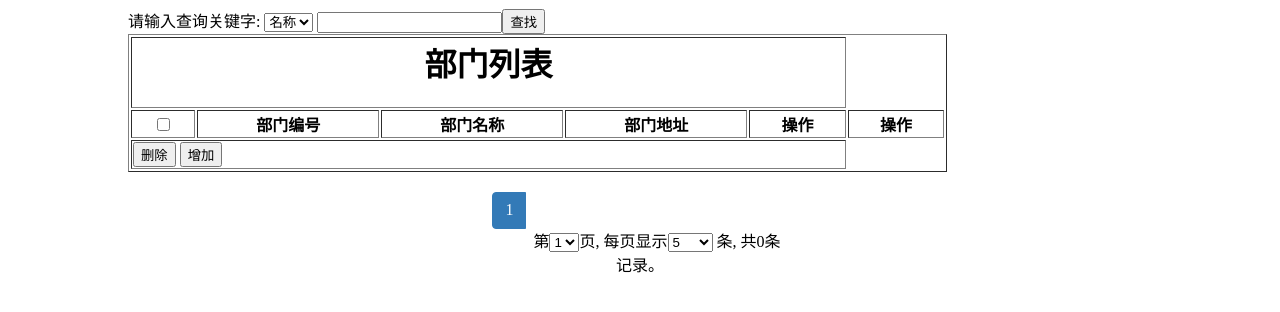
Repository: victorlks/java_with_anything
Page: http://localhost/DepartmentProject/pages/back/admin/department/department_split_list_details.jsp
These files come from the project's save history. The page is drawn as it stood at one moment and after the next save; the edit follows.
The browser window is 1280 px wide. The pictures show the whole page.
The page is served by Tomcat 9. Other server files are loaded and not shown. Queries for data that is not in the repository find no rows.

Above is the page before, as saved 2020-06-17 08:46:36.
Not found: project/java/DepartmentProject/DepartmentProject/style.css

### project/java/DepartmentProject/WebRoot/pages/back/admin/department/department_split_list_details.jsp
<%@ page language="java" import="java.util.*" pageEncoding="UTF-8"%>
<%@ page import="org.lks.factory.*" %>
<%@ page import="org.lks.vo.*" %>
<%
	request.setCharacterEncoding("UTF-8");
%>
<%
String path = request.getContextPath();
String basePath = request.getScheme()+"://"+request.getServerName()+":"+request.getServerPort()+path+"/";
String updateUrl = basePath + "pages/back/admin/department/" + "department_update.jsp";
String deleteUrl = basePath + "pages/back/admin/department/" + "department_delete_do.jsp";
String insertUrl = basePath + "pages/back/admin/department/" + "department_insert.jsp";
String addEmployeeUrl = basePath + "pages/back/admin/employee/" + "employee_insert.jsp";
String searchColumns = "编号:did|名称:dname|地点:dlocation";
String location = basePath + "pages/back/admin/department/" + "department_split_list.jsp";
%>

<%
	int currentPage = 1;
	int lineSize = 5;
	String column = "dname";
	String keyWord = "";
%>
<%//接收客户端数据
    try{
        currentPage = Integer.parseInt(request.getParameter("currentPage"));
    }catch(Exception e){}
    try{
        lineSize = Integer.parseInt(request.getParameter("lineSize"));
    }catch(Exception e){}
    if(request.getParameter("keyWord") != null){
        keyWord = request.getParameter("keyWord");
    }
    if(request.getParameter("column") != null){
        column = request.getParameter("column");
    }
%>
<%//接受完数据后的数据判断
    if(currentPage < 1){
        currentPage = 1;
    }
    if(lineSize < 1){
        lineSize = 1;
    }
    if(lineSize > 100){
        lineSize = 100;
    }
%>
<%
	List<Department> all = (List<Department>)ServiceFactory.getIDepartmentServiceInstance().list(currentPage, lineSize, column, keyWord).get("all");
	Long allRecorders = (Long)ServiceFactory.getIDepartmentServiceInstance().list(currentPage, lineSize, column, keyWord).get("allRecorders");
 %>

<html>
  <head>
    <base href="<%=basePath%>">

    <title>部门管理</title>
    <link type="text/css" rel="stylesheet" href="css/table.css">
    <link type="text/css" rel="stylesheet" href="css/main.css">
    <link type="text/css" rel="stylesheet" href="css/pageBar.css">
    <script type="text/javascript" src="js/main.js"></script>
  </head>

  <body>
  	<div id="searchBar">
  		<jsp:include page="/pages/split_page_plugin_search.jsp">
  			<jsp:param name="searchColumns" value="<%=searchColumns%>"/>
	        <jsp:param name="column" value="<%=column%>"/>
	        <jsp:param name="keyWord" value="<%=keyWord%>"/>
	        <jsp:param name="location" value="<%=location%>"/>
  		</jsp:include>
  	</div>
    <div id="showData">
    	<table border="1" style="width:80%;">
	    	<tr>
	    		<td colspan="5" style="text-align:center"><h1>部门列表</h1></td>
	    	</tr>
	    	<tr>
	    		<th><input type="checkbox" name="selectAll" id="selectAll" onclick="selectAll(this)"/></th>
	    		<th>部门编号</th>
	    		<th>部门名称</th>
	    		<th>部门地址</th>
	    		<th>操作</th>
	    		<th>操作</th>
	    	</tr>
<%
		for(int i = 0; i < all.size(); i++){
%>
			<tr style="text-align:center">
				<td><input type="checkbox" name="select" id="select" value="<%=all.get(i).getDid()%>"/></td>
				<td><%=all.get(i).getDid()%></td>
				<td><%=all.get(i).getDname()%></td>
				<td><%=all.get(i).getDlocation()%></td>
				<td><a href="<%=updateUrl %>?did=<%=all.get(i).getDid()%>">修改</a></td>
				<td><a href="<%=addEmployeeUrl %>?departmentid=<%=all.get(i).getDid()%>">增加雇员</a></td>
			</tr>
<%
		}
%>
		<tr>
			<td colspan="5">
				<button type="button" onclick="deleteById('<%=deleteUrl%>')">删除</button>
				<button type="button" onclick="window.location='<%=insertUrl%>'">增加</button>
			</td>
		</tr>
	    </table>
    </div>
    <div id="pageBar" style="text-align: center;">
  		<jsp:include page="/pages/split_page_plugin_bar_exp.jsp">
  			<jsp:param name="currentPage" value="<%=currentPage%>"/>
	        <jsp:param name="lineSize" value="<%=lineSize%>"/>
	        <jsp:param name="allRecorders" value="<%=allRecorders%>"/>
	        <jsp:param name="location" value="<%=location%>"/>
  		</jsp:include>
  	</div>
  </body>
</html>

### project/java/DepartmentProject/WebRoot/pages/split_page_plugin_search.jsp
<%@ page pageEncoding="UTF-8" %>

<%
    request.setCharacterEncoding("UTF-8");
%>

<%
    String searchColumns = null;
    String column = "uname";
    String keyWord = "";
    String location = "";
%>

<%
    if(request.getParameter("searchColumns") != null){
        searchColumns = request.getParameter("searchColumns");
    }
    if(request.getParameter("column") != null){
        column = request.getParameter("column");
    }
    if(request.getParameter("keyWord") != null){
        keyWord = request.getParameter("keyWord");
    }
    if(request.getParameter("location") != null){
        location = request.getParameter("location");
    }
%>
请输入查询关键字:
<%
if(searchColumns != null){
%>
    <select id="searchColumnSelect">
<%
        String[] searchColumnsArray = searchColumns.split("\\|");
        for(int i = 0; i < searchColumnsArray.length; i++){
            String searchColumn[] = searchColumnsArray[i].split(":");
%>
            <option value="<%=searchColumn[1]%>" <%=(column.equals(searchColumn[1]) ? "selected" : "")%>><%=searchColumn[0]%></option>
<%
        }
%>
    </select>
<%
}
%>
<input type="text" name="keyWord" id="keyWord" value="<%=keyWord%>"/><button type="button" id="searchBtn" name="searchBtn" onclick="splitPage(1)">查找</button>

### project/java/DepartmentProject/src/org/lks/factory/ServiceFactory.java
package org.lks.factory;

import org.lks.service.IDepartmentService;
import org.lks.service.IEmployeeService;
import org.lks.service.impl.DepartmentServiceImpl;
import org.lks.service.impl.EmployeeServiceImpl;

public class ServiceFactory {

	private ServiceFactory(){}

	public static IDepartmentService getIDepartmentServiceInstance(){
		return new DepartmentServiceImpl();
	}

	public static IEmployeeService getIEmployeeServiceInstance(){
		return new EmployeeServiceImpl();
	}
}

### project/java/DepartmentProject/src/org/lks/service/IDepartmentService.java
package org.lks.service;

import java.util.List;
import java.util.Map;
import java.util.Set;

import org.lks.vo.Department;

/**
 * 实现Department表的业务层的执行标准，此类一定要负责数据库的打开与关闭操作<br>
 * 此类可以通过DAOFactory类取得IDepartmentDAO接口对象
 * @author 海燕大笨蛋
 *
 */
public interface IDepartmentService {

	/**
	 * 实现部门数据的增加操作，本次操作要调用IDepartmentDAO接口的如下方法：<br>
	 * <li>需要调用IDepartmentDAO.findById()方法，判断要增加数据的id是否已经存在；
	 * <li>如果现在要增加的数据id不存在则调用IDepartmentDAO.doCreate()方法，返回操作结果。
	 * @param vo 包含了要增加数据的VO对象
	 * @return 如果增加数据的ID重复或保存失败返回false，否则返回true
	 * @throws Exception SQL执行异常
	 */
	public boolean insert(Department vo) throws Exception;
	/**
	 * 实现部门数据的修改操作，本次要调用IDepartmentDAO.doUpdate()方法，本次修改属于全部内容的修改；
	 * @param vo 包含了要修改数据的VO对象
	 * @return 修改成功返回true，否则返回false
	 * @throws Exception SQL执行异常
	 */
	public boolean update(Department vo) throws Exception;
	/**
	 * 执行部门数据的删除操作，可以删除多个部门信息，调用IDepartmentDAO.doRemoveBatch()方法
	 * @param ids 包含了全部要删除数据的集合，没有重复数据
	 * @return 删除成功返回true，否则返回false
	 * @throws Exception SQL执行异常
	 */
	public boolean delete(Set<Long> ids) throws Exception;
	/**
	 * 根据部门id查找部门的完整信息，调用IDepartmentDAO.findById()方法
	 * @param id 要查找的部门ID
	 * @return 如果找到了部门信息以VO对象返回，否则返回null
	 * @throws Exception SQL执行异常
	 */
	public Department updatePre(long id) throws Exception;
	/**
	 * 查询全部部门信息，调用IDepartmentDAO.findAll()方法
	 * @return 查询结果以List集合的形式返回，如果没有数据则集合的长度为0
	 * @throws Exception SQL执行异常
	 */
	public List<Department> list() throws Exception;

	/**
	 * 分页显示部门数据，调用IDepartmentDAO.findAllSplit()方法和IDepartmentDAO.getAllCount()方法
	 * @param currentPage 当前页码
	 * @param lineSize 每页显示数据数量
	 * @param column 查询列
	 * @param keyWord 查询列的关键字
	 * @return Map对象，其中key为“all”的值为该页部门数据信息，key为“allRecorders”的值为所有部门数据的数量
	 * @throws Exception SQL执行异常
	 */
	public Map<String, Object> list(int currentPage, int lineSize, String column, String keyWord) throws Exception;

	/**
	 * 列出所有部门的详细信息，调用的是IDepartmentDAO.findAllStatus()操作
	 * @return 所有的部门详细信息以及统计信息将以List集合返回
	 * @throws Exception
	 */
	public List<Department> listDetails() throws Exception;

	/**
	 * 查看一个部门的完整信息，调用的是IDepartmentDAO.findByIdDetails()方法
	 * @param id 部门编号
	 * @return 如果有部门信息则以VO对象的形式返回，否则返回null
	 * @throws Exception
	 */
	public Department show(Long id) throws Exception;
}

### project/java/DepartmentProject/src/org/lks/service/IEmployeeService.java
package org.lks.service;

import java.util.List;
import java.util.Map;
import java.util.Set;

import org.lks.vo.Employee;

/**
 * 实现Employee表的业务层的执行标准，此类一定要负责数据库的打开与关闭操作<br>
 * 此类可以通过DAOFactory类取得IEmployeeDAO接口对象
 * @author 海燕大笨蛋
 *
 */
public interface IEmployeeService {

	/**
	 * 实现雇员数据的增加操作，本次操作要调用IEmployeeDAO接口的如下方法：<br>
	 * <li>需要调用IEmployeeDAO.findById()方法，判断要增加数据的id是否已经存在；
	 * <li>如果现在要增加的数据id不存在则调用IEmployeeDAO.doCreate()方法，返回操作结果。
	 * @param vo 包含了要增加数据的VO对象
	 * @return 如果增加数据的ID重复或保存失败返回false，否则返回true
	 * @throws Exception SQL执行异常
	 */
	public boolean insert(Employee vo) throws Exception;
	/**
	 * 实现雇员数据的修改操作，本次要调用IEmployeeDAO.doUpdate()方法，本次修改属于全部内容的修改；
	 * @param vo 包含了要修改数据的VO对象
	 * @return 修改成功返回true，否则返回false
	 * @throws Exception SQL执行异常
	 */
	public boolean update(Employee vo) throws Exception;
	/**
	 * 执行雇员数据的删除操作，可以删除多个雇员信息，调用IEmployeeDAO.doRemoveBatch()方法
	 * @param ids 包含了全部要删除数据的集合，没有重复数据
	 * @return 删除成功返回true，否则返回false
	 * @throws Exception SQL执行异常
	 */
	public boolean delete(Set<Long> ids) throws Exception;
//	/**
//	 * 根据雇员id查找雇员的完整信息，调用IEmployeeDAO.findById()方法
//	 * @param id 要查找的雇员ID
//	 * @return 如果找到了雇员信息以VO对象返回，否则返回null
//	 * @throws Exception SQL执行异常
//	 */
//	public Employee updatePre(long id) throws Exception;
	/**
	 * 查询全部雇员信息，调用IEmployeeDAO.findAll()方法
	 * @return 查询结果以List集合的形式返回，如果没有数据则集合的长度为0
	 * @throws Exception SQL执行异常
	 */
	public List<Employee> list() throws Exception;

	/**
	 * 分页显示雇员数据，调用IEmployeeDAO.findAllSplit()方法和IEmployeeDAO.getAllCount()方法
	 * @param currentPage 当前页码
	 * @param lineSize 每页显示数据数量
	 * @param column 查询列
	 * @param keyWord 查询列的关键字
	 * @return Map对象，其中key为“all”的值为该页雇员数据信息，key为“allRecorders”的值为所有雇员数据的数量
	 * @throws Exception SQL执行异常
	 */
	public Map<String, Object> list(int currentPage, int lineSize, String column, String keyWord) throws Exception;

	/**
	 * 根据编号查看雇员信息
	 * @param id 雇员的编号
	 * @return 如果查询到数据以VO对象形式返回，否则返回null
	 * @throws Exception SQL执行异常
	 */
	public Employee show(long id) throws Exception;

	/**
	 * 表示在进行雇员增加前的准备操作，因为要增加雇员前需要查询出所有的雇员和所有的部门数据
	 * @return 返回两组信息，一个是全部的雇员信息，另外一个是全部的部门信息：<br>
	 * <li>key = allEmployees, value = IEmployeeDAO.findAll()查询出所有的雇员
	 * <li>key = allDepartments, value = IDepartmentDAO.findAll()查询出所有的部门
	 * @throws Exception SQL执行异常
	 */
	public Map<String,Object> insertPre() throws Exception;

	/**
	 * 表示 在进行雇员修改前的准备操作，因为要增加雇员前需要查询出所有的雇员和所有的部门数据
	 * @param id 雇员的编号
	 * @return 返回三种信息<br>
	 * <li>key = allEmployees, value = IEmployeeDAO.findAll()查询出所有的雇员
	 * <li>key = employee, value = IEmployeeDAO.findByIDDetails()查询雇员完整信息
	 * <li>key = allDepartments, value = IDepartmentDAO.findAll()查询出所有的部门
	 * @throws Exception SQL执行异常
	 */
	public Map<String,Object> updatePre(long id) throws Exception;

	/**
	 * 使用详细列表的方式列出雇员的完整信息，要执行如下操作：<br>
	 * <li>调用IEmployee.findAllSplitDetails()方法详细列出雇员信息；
	 * <li>调用IEmployee.getAllCount()方法列出详细的雇员人数，主要用于分页操作
	 * @param currentPage
	 * @param lineSize
	 * @param column
	 * @param keyWord
	 * @return 所有的内容以Map集合返回，返回的内容如下：<br>
	 * <li>key = allEmployees, value = IEmployeeDAO.findAllSplitDetails()，分页的详细信息
	 * <li>key = employeeCount, value = IEmployee.getAllCount()，取得全部记录数
	 * @throws Exception
	 */
	public Map<String,Object> listDetails(int currentPage, int lineSize, String column, String keyWord) throws Exception;
}

### project/java/DepartmentProject/src/org/lks/service/impl/DepartmentServiceImpl.java
package org.lks.service.impl;

import java.util.HashMap;
import java.util.List;
import java.util.Map;
import java.util.Set;

import org.lks.factory.DAOFactory;
import org.lks.service.IDepartmentService;
import org.lks.utils.DatabaseConnection;
import org.lks.vo.Department;

public class DepartmentServiceImpl implements IDepartmentService{
	private DatabaseConnection databaseConnection = new DatabaseConnection();

	@Override
	public boolean insert(Department vo) throws Exception {
		try{
			if(DAOFactory.getIDepartmentDAOInstance(this.databaseConnection.getConnection()).findById(vo.getDid()) == null){
				return DAOFactory.getIDepartmentDAOInstance(this.databaseConnection.getConnection()).doCreate(vo);
			}
			return false;
		}catch(Exception e){
			throw e;
		}finally{
			this.databaseConnection.close();
		}
	}

	@Override
	public boolean update(Department vo) throws Exception {
		try{
			return DAOFactory.getIDepartmentDAOInstance(this.databaseConnection.getConnection()).doUpdate(vo);
		}catch(Exception e){
			throw e;
		}finally{
			this.databaseConnection.close();
		}
	}

	@Override
	public boolean delete(Set<Long> ids) throws Exception {
		try{
			this.databaseConnection.getConnection().setAutoCommit(false);
			DAOFactory.getIEmployeeDAOInstance(this.databaseConnection.getConnection()).doRemoveBatchByDepartmentId(ids);
			DAOFactory.getIDepartmentDAOInstance(this.databaseConnection.getConnection()).doRemoveBatch(ids);
			this.databaseConnection.getConnection().commit();
			return true;
		}catch(Exception e){
			this.databaseConnection.getConnection().rollback();
			throw e;
		}finally{
			this.databaseConnection.close();
		}
	}

	@Override
	public Department updatePre(long id) throws Exception {
		try{
			return DAOFactory.getIDepartmentDAOInstance(this.databaseConnection.getConnection()).findById(id);
		}catch(Exception e){
			throw e;
		}finally{
			this.databaseConnection.close();
		}
	}

	@Override
	public List<Department> list() throws Exception {
		try{
			return DAOFactory.getIDepartmentDAOInstance(this.databaseConnection.getConnection()).findAll();
		}catch(Exception e){
			throw e;
		}finally{
			this.databaseConnection.close();
		}
	}

	@Override
	public Map<String, Object> list(int currentPage, int lineSize, String column, String keyWord) throws Exception {
		try{
			Map<String, Object> map = new HashMap<String, Object>();
			map.put("all", DAOFactory.getIDepartmentDAOInstance(this.databaseConnection.getConnection()).findAllSplit(currentPage, lineSize, column, keyWord));
			map.put("allRecorders", DAOFactory.getIDepartmentDAOInstance(this.databaseConnection.getConnection()).getAllCount(column, keyWord));
			return map;
		}catch(Exception e){
			throw e;
		}finally{
			this.databaseConnection.close();
		}
	}

	@Override
	public List<Department> listDetails() throws Exception {
		try{
			return DAOFactory.getIDepartmentDAOInstance(this.databaseConnection.getConnection()).findAllStatus();
		}catch(Exception e){
			throw e;
		}finally{
			this.databaseConnection.close();
		}
	}

	@Override
	public Department show(Long id) throws Exception {
		try{
			return DAOFactory.getIDepartmentDAOInstance(this.databaseConnection.getConnection()).findByIdDetails(id);
		}catch(Exception e){
			throw e;
		}finally{
			this.databaseConnection.close();
		}
	}

}

### project/java/DepartmentProject/src/org/lks/utils/DatabaseConnection.java
package org.lks.utils;

import java.sql.Connection;
import java.sql.DriverManager;
import java.sql.SQLException;

public class DatabaseConnection {

	private static final String DRIVERCLASS = "com.mysql.cj.jdbc.Driver";
	private static final String URL = "jdbc:mysql://127.0.0.1/test?serverTimezone=UTC";
	private static final String USERNAME = "root";
	private static final String PASSWORD = "19990821";

	private Connection conn = null;

	public DatabaseConnection(){
		try {
			Class.forName(DRIVERCLASS);
			this.conn = DriverManager.getConnection(URL, USERNAME, PASSWORD);
		} catch (Exception e) {
			e.printStackTrace();
		}
	}

	public Connection getConnection(){
		return this.conn;
	}

	public void close(){
		try {
			if(this.conn != null){
				this.conn.close();
			}
		} catch (SQLException e) {
			// TODO Auto-generated catch block
			e.printStackTrace();
		}
	}
}

### project/java/DepartmentProject/src/org/lks/factory/DAOFactory.java
package org.lks.factory;

import java.sql.Connection;

import org.lks.dao.IDepartmentDAO;
import org.lks.dao.IEmployeeDAO;
import org.lks.dao.impl.DepartmentDAOImpl;
import org.lks.dao.impl.EmployeeDAOImpl;

public class DAOFactory {

	private DAOFactory(){}

	public static IDepartmentDAO getIDepartmentDAOInstance(Connection conn){
		return new DepartmentDAOImpl(conn);
	}

	public static IEmployeeDAO getIEmployeeDAOInstance(Connection conn){
		return new EmployeeDAOImpl(conn);
	}
}

### project/java/DepartmentProject/src/org/lks/dao/IBaseDAO.java
package org.lks.dao;

import java.util.List;
import java.util.Set;

/**
 * 定义公共的DAO操作接口标准，基本的功能包括：增加、修改全部、删除数据、根据编号查询查询全部、分页查询显示、数据统计
 * @author 海燕大笨蛋
 *
 * @param <K> 表示要操作的主键类型，由子接口实现
 * @param <V> 表示要操作的VO类型，由子接口实现
 */
public interface IBaseDAO<K,V> {
	/**
	 * 实现数据的增加操作
	 * @param vo 包含了要增加的数据的VO对象
	 * @return 数据保存成功返回true，否则返回false
	 * @throws Exception SQL执行异常
	 */
	public boolean doCreate(V vo) throws Exception;

	/**
	 * 实现数据的修改操作，本次修改是根据id进行全部字段数据的修改
	 * @param vo 包含了要修改数据的信息，一定要提供有ID内容
	 * @return 数据修改成功返回true，否则返回false
	 * @throws Exception SQL执行异常
	 */
	public boolean doUpdate(V vo) throws Exception;
	/**
	 * 执行数据的批量删除操作，所有要删除的数据以Set集合的形式保存
	 * @param ids 包含了所有要删除的数据ID，不能包含有重复内容
	 * @return 删除成功返回true（删除的数据个数与要删除的数据个数相同），否则返回false
	 * @throws Exception SQL执行异常
	 */
	public boolean doRemoveBatch(Set<K> ids) throws Exception;
	/**
	 * 根据用户id查询指定信息
	 * @param id 要查询的用户的id
	 * @return 如果信息存在，则将数据以VO类对象的形式返回，如果用户数据不存在，则返回null
	 * @throws Exception
	 */
	public V findById(K id) throws Exception;
	/**
	 * 查询指定数据表的全部记录，并且以集合的形式返回
	 * @return 如果表中有数据，则所有的数据会封装为VO对象而后利用List集合返回，<br>
	 * 如果没有数据，那么集合的长度为0（size() == 0，不是null）
	 * @throws Exception SQL执行异常
	 */
	public List<V> findAll() throws Exception;
	/**
	 * 分页进行数据的模糊查询，查询结果以集合的形式返回
	 * @param currentPage 当前所在的页
	 * @param lineSize 每页显示数据行数
	 * @param column 要进行模糊查询的数据列
	 * @param keyWord 模糊查询的关键字
	 * @return 如果表中有数据，则所有的数据会封装为VO对象而后利用List集合返回，<br>
	 * 如果没有数据，那么集合的长度为0（size() == 0，不是null）
	 * @throws Exception SQL执行异常
	 */
	public List<V> findAllSplit(Integer currentPage, Integer lineSize, String column, String keyWord) throws Exception;
	/**
	 * 进行模糊查询数据量的统计，如果表中没有记录统计的结果就是0
	 * @param column 要进行模糊查询的数据列
	 * @param keyWord 模糊查询的关键字
	 * @return 返回表中的数据量，如果没有数据返回0
	 * @throws Exception SQL执行异常
	 */
	public Long getAllCount(String column, String keyWord) throws Exception;
}

### project/java/DepartmentProject/src/org/lks/dao/IDepartmentDAO.java
package org.lks.dao;

import java.util.List;

import org.lks.vo.Department;

public interface IDepartmentDAO extends IBaseDAO<Long, Department> {

	/**
	 * 实现全部部门完整信息的查询操作，包含的信息内容有：<br>
	 * <li>包含有部门的基础信息：did、dname、dlocation；
	 * <li>包含部门的统计信息：人数、平均工资、最高工资、最低工资、总工资
	 * @return 以List集合的方式返回，如果没有数据则集合长度为0（size() == 0）
	 * @throws Exception
	 */
	public List<Department> findAllStatus() throws Exception;

	/**
	 * 查询单个部门的完整信息，包含的信息内容有：<br>
	 * <li>包含有部门的基础信息：did、dname、dlocation；
	 * <li>包含部门的统计信息：人数、平均工资、最高工资、最低工资、总工资
	 * @param id 部门编号
	 * @return 如果查询出此部门的信息，则以对象的形式返回，否则返回null；
	 * @throws Exception
	 */
	public Department findByIdDetails(Long id) throws Exception;
}

### project/java/DepartmentProject/src/org/lks/dao/IEmployeeDAO.java
package org.lks.dao;

import java.util.List;
import java.util.Set;

import org.lks.vo.Employee;

public interface IEmployeeDAO extends IBaseDAO<Long, Employee> {

	/**
	 * 根据部门的编号删除本部门的所有雇员信息。
	 * @param ids 部门编号
	 * @throws Exception SQL执行异常
	 */
	public void doRemoveBatchByDepartmentId(Set<Long> ids) throws Exception;

	/**
	 * 表示要查询一个雇员的完整信息，包括领导信息以及所在部门信息
	 * @param id 要查询的雇员编号
	 * @return 如果查询到内容则以VO对象返回，否则返回null
	 * @throws Exception SQL执行异常
	 */
	public Employee findByIdDetails(Long id) throws Exception;

	/**
	 * 查询详细的雇员信息，包含有雇员的完整信息、领导信息、部门信息
	 * @param currentPage 当前所在的页
	 * @param lineSize 每页显示数据行数
	 * @param column 要进行模糊查询的数据列
	 * @param keyWord 模糊查询的关键字
	 * @return 以List集合的方式返回，如果没有数据返回集合长度为0（size() == 0）
	 * @throws Exception SQL执行异常
	 */
	public List<Employee> findAllSplitDetails(Integer currentPage, Integer lineSize, String column, String keyWord) throws Exception;

	/**
	 * 根据部门编号查询出此部门的全部雇员信息
	 * @param id 部门编号
	 * @param currentPage 当前所在页
	 * @param lineSize 每页显示的数据行数
	 * @param column 模糊查询列
	 * @param keyWord 模糊查询关键字
	 * @return 返回的是一个部门的所有雇员信息，如果此部门没有雇员，则返回数据长度为0
	 * @throws Exception SQL执行异常
	 */
	public List<Employee> findAllByDepartmentId(Long id, Integer currentPage, Integer lineSize, String column, String keyWord) throws Exception;
}

### project/java/DepartmentProject/src/org/lks/dao/util/AbstractBaseDAO.java
package org.lks.dao.util;

import java.sql.Connection;
import java.sql.PreparedStatement;
import java.sql.ResultSet;
import java.util.Iterator;
import java.util.Set;

public abstract class AbstractBaseDAO {

	protected Connection conn;

	public AbstractBaseDAO(Connection conn){
		this.conn = conn;
	}

	public boolean removeHandle(Set<Long> ids, String tableName, String idName) throws Exception {
		StringBuffer sql = new StringBuffer("DELETE FROM "+ tableName +" WHERE " + idName +" IN(");
		Iterator<Long> iter = ids.iterator();
		while(iter.hasNext()){
			sql.append(iter.next()).append(",");
		}
		sql.delete(sql.length() - 1, sql.length()).append(")");
		PreparedStatement pstmt = this.conn.prepareStatement(sql.toString());
		return pstmt.executeUpdate() == ids.size();
	}

	public Long getAllCountHandle(String column, String keyWord, String tableName) throws Exception {
		String sql = "SELECT COUNT(*) FROM " + tableName + " WHERE " + column + " LIKE ?";
		PreparedStatement pstmt = this.conn.prepareStatement(sql);
		pstmt.setString(1, "%" + keyWord + "%");
		ResultSet rs = pstmt.executeQuery();
		if(rs.next()){
			return rs.getLong(1);
		}
		return 0L;
	}
}

### project/java/DepartmentProject/WebRoot/css/table.css
@CHARSET "UTF-8";
table.blueTable {
  border: 1px solid #1C6EA4;
  background-color: #EEEEEE;
  width: 30%;
  margin-left:auto;
  margin-right:auto;
  border-collapse: collapse;
}
table.blueTable td {
  border: 1px solid #AAAAAA;
  padding: 3px 2px;
}
table.blueTable tr td {
  font-size: 13px;
}
table.blueTable tr:nth-child(even) {
  background: #D0E4F5;
}

### project/java/DepartmentProject/WebRoot/css/main.css
@CHARSET "UTF-8";

body{
	width:80%;
	margin-left:auto;
	margin-right:auto;
}

.departmentForm{

}

.employeeForm{

}

.header{
	width: 80%;
	margin-left: auto;
	margin-right: auto;
}

.header ul {
	list-style-type: none;
	padding: 0;
}

.header ul li {
	display: inline-block;
	text-align: center;
}

.header ul li a {
	text-decoration: none;
}

### project/java/DepartmentProject/WebRoot/css/pageBar.css
.pagination{
    display: inline-block;
    padding-left: 0;
    margin: 20px 0;
    border-radius: 4px;
}

.pagination > li {
    display: inline;
}

.pagination > li > a,
.pagination > li > span {
    position: relative;
    float: left;
    padding: 6px 12px;
    margin-left: -1px;
    line-height: 1.42857143;
    color: #337ab7;
    text-decoration: none;
    background-color: #fff;
    border: 1px solid #ddd;
}

.pagination > li:first-child > a,
.pagination > li:first-child > span {
    margin-left: 0;
    border-top-left-radius: 4px;
    border-bottom-left-radius: 4px;
}

.pagination > li:last-child > a,
.pagination > li:last-child > span {
    border-top-right-radius: 4px;
    border-bottom-right-radius: 4px;
}

.pagination > li > a:hover,
.pagination > li > span:hover,
.pagination > li > a:focus,
.pagination > li > span:focus {
    color: #23527c;
    background-color: #eee;
    border-color: #ddd;
}

.pagination > .active > a,
.pagination > .active > span,
.pagination > .active > a:hover,
.pagination > .active > span:hover,
.pagination > .active > a:focus,
.pagination > .active > span:focus {
    z-index: 2;
    color: #fff;
    cursor: default;
    background-color: #337ab7;
    border-color: #337ab7;
}

.pagination > .disabled > a,
.pagination > .disabled > span,
.pagination > .disabled > a:hover,
.pagination > .disabled > span:hover,
.pagination > .disabled > a:focus,
.pagination > .disabled > span:focus {
    color: #777;
    cursor: not-allowed;
    background-color: #fff;
    border-color: #ddd;
}

Loaded but not shown: project/java/DepartmentProject/WebRoot/js/main.js (28 lines, source omitted); project/java/DepartmentProject/src/org/lks/dao/impl/DepartmentDAOImpl.java (158 lines, source omitted); project/java/DepartmentProject/WebRoot/pages/split_page_plugin_bar_exp.jsp (115 lines, source omitted)

After the next save:
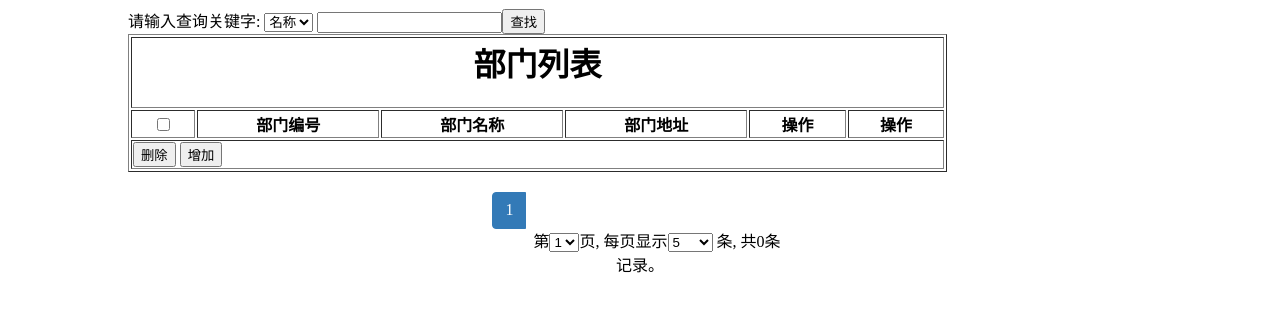
Saved 40 s later.
--- a/project/java/DepartmentProject/WebRoot/pages/back/admin/department/department_split_list_details.jsp
+++ b/project/java/DepartmentProject/WebRoot/pages/back/admin/department/department_split_list_details.jsp
@@ -74,7 +74,7 @@ String location = basePath + "pages/back/admin/department/" + "department_split_
     <div id="showData">
     	<table border="1" style="width:80%;">
 	    	<tr>
-	    		<td colspan="5" style="text-align:center"><h1>部门列表</h1></td>
+	    		<td colspan="6" style="text-align:center"><h1>部门列表</h1></td>
 	    	</tr>
 	    	<tr>
 	    		<th><input type="checkbox" name="selectAll" id="selectAll" onclick="selectAll(this)"/></th>
@@ -99,7 +99,7 @@ String location = basePath + "pages/back/admin/department/" + "department_split_
 		}
 %>
 		<tr>
-			<td colspan="5">
+			<td colspan="6">
 				<button type="button" onclick="deleteById('<%=deleteUrl%>')">删除</button>
 				<button type="button" onclick="window.location='<%=insertUrl%>'">增加</button>
 			</td>
